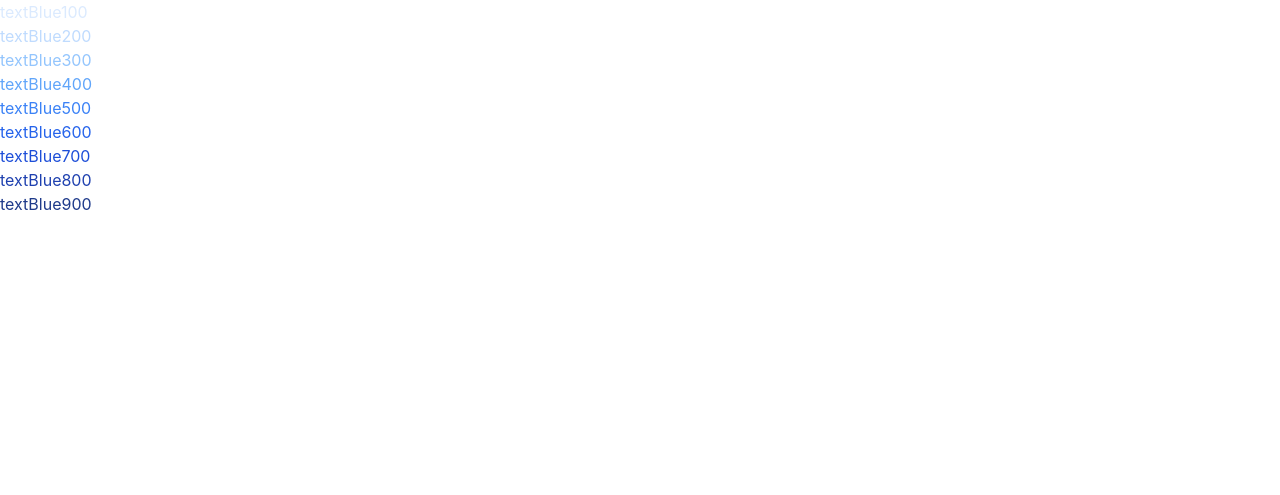
Repository: wogml3270/react-test-server
Page: /
These files come from the project's save history. The page is drawn as it stood at one moment and after the next save; the edit follows.
The browser window is 1280 px wide. The pictures show the whole page.
The project was rebuilt for these pictures with package versions that can differ from the ones it lists, and the page was loaded fresh each time. Also part of the build but not shown: src/App.css.

Above is the page before, as saved 2022-08-04 20:19:58.

### src/index.js
import React from 'react';
import ReactDOM from 'react-dom/client';
import './index.css';
import App from './App';
import reportWebVitals from './reportWebVitals';
import './tailwind.css';

const root = ReactDOM.createRoot(document.getElementById('root'));
root.render(
  <React.StrictMode>
    <App />
  </React.StrictMode>
);

// If you want to start measuring performance in your app, pass a function
// to log results (for example: reportWebVitals(console.log))
// or send to an analytics endpoint. Learn more: https://bit.ly/CRA-vitals
reportWebVitals();

### src/App.js

import './App.css';

function App() {
  return (
    <>
      <div className="">
        <h1 className="text-blue-100">textBlue100</h1>
        <h1 className="text-blue-200">textBlue200</h1>
        <h1 className="text-blue-300">textBlue300</h1>
        <h1 className="text-blue-400">textBlue400</h1>
        <h1 className="text-blue-500">textBlue500</h1>
        <h1 className="text-blue-600">textBlue600</h1>
        <h1 className="text-blue-700">textBlue700</h1>
        <h1 className="text-blue-800">textBlue800</h1>
        <h1 className="text-blue-900">textBlue900</h1>
      </div>
    </>
  );
}

export default App;

### src/tailwind.css
/* src/tailwind.css */

@tailwind base;
@tailwind components;
@tailwind utilities;

### tailwind.config.js
// tailwindcss.config.js

module.exports = {
    content: ['./src/**/*.{js,jsx,ts,tsx}', './public/index.html'],
    theme: {
        extend: {},
    },
    plugins: [],
};

Loaded but not shown: public/index.html (common file); src/index.css (common file); src/reportWebVitals.js (common file)

After the next save:
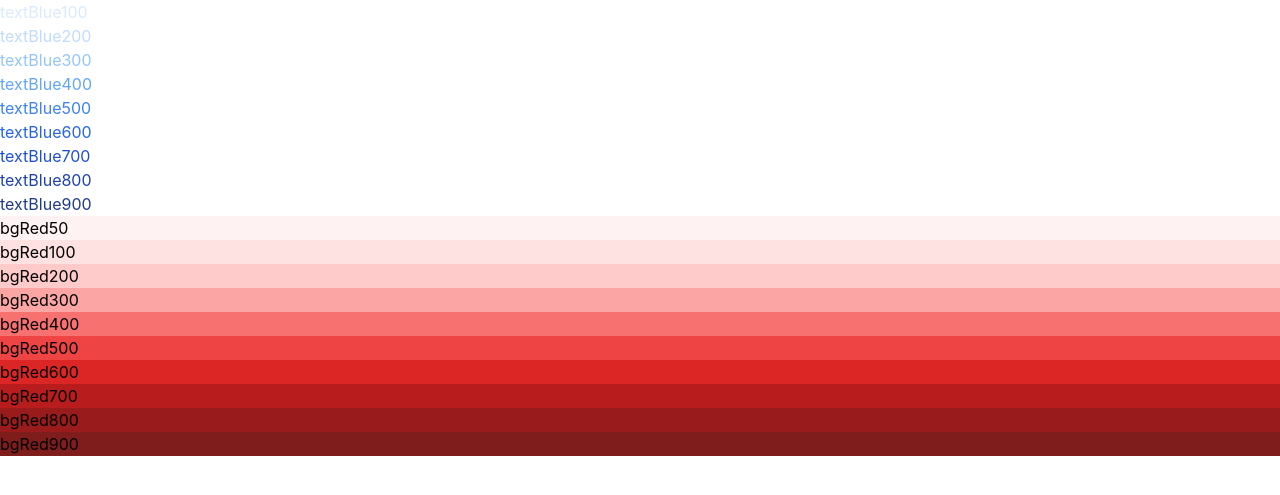
Saved 92 s later.
--- a/src/App.js
+++ b/src/App.js
@@ -14,6 +14,16 @@ function App() {
         <h1 className="text-blue-700">textBlue700</h1>
         <h1 className="text-blue-800">textBlue800</h1>
         <h1 className="text-blue-900">textBlue900</h1>
+        <h1 className="bg-red-50">bgRed50</h1>
+        <h1 className="bg-red-100">bgRed100</h1>
+        <h1 className="bg-red-200">bgRed200</h1>
+        <h1 className="bg-red-300">bgRed300</h1>
+        <h1 className="bg-red-400">bgRed400</h1>
+        <h1 className="bg-red-500">bgRed500</h1>
+        <h1 className="bg-red-600">bgRed600</h1>
+        <h1 className="bg-red-700">bgRed700</h1>
+        <h1 className="bg-red-800">bgRed800</h1>
+        <h1 className="bg-red-900">bgRed900</h1>
       </div>
     </>
   );
